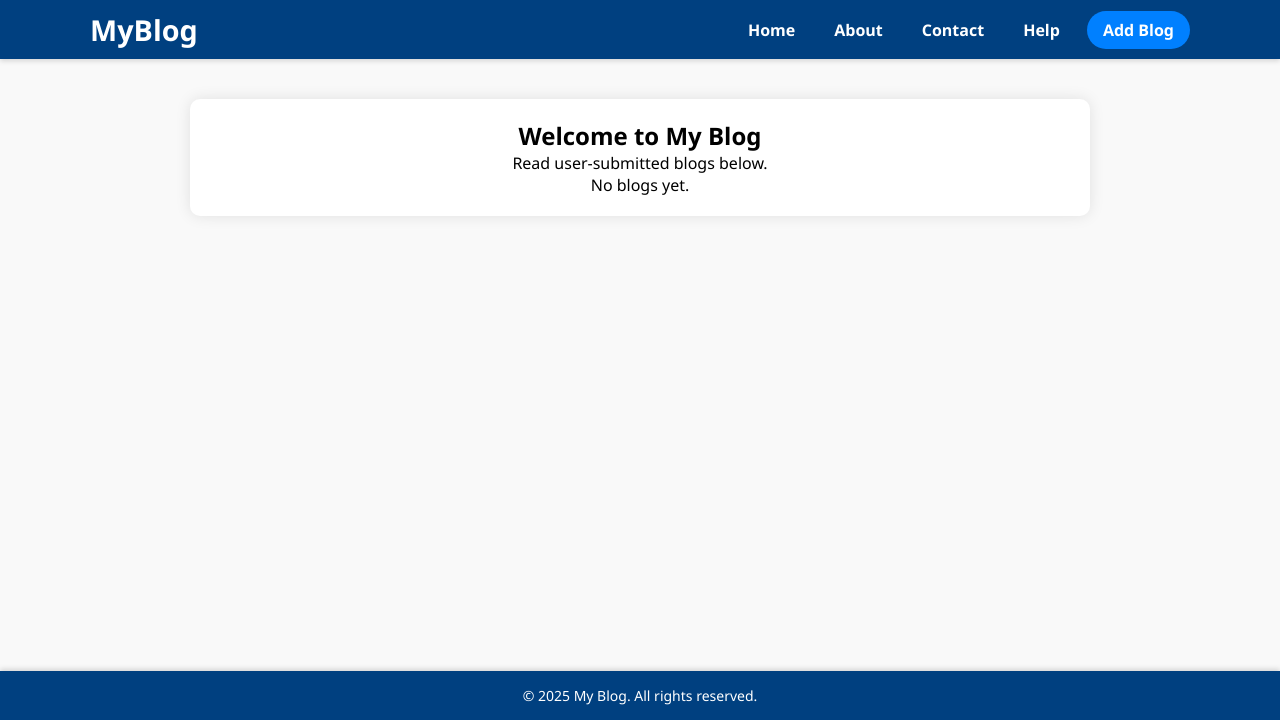
Repository: ankitg-02/FLASK
Page: http://localhost/
These files come from the project's save history. The page is drawn as it stood at one moment and after the next save; the edit follows.
The browser window is 1280 px wide. The pictures show the whole page.
The page is served by the project's application, run on Flask 3 (app.py).

Above is the page before, as saved 2025-05-19 15:12:32.

After the next save:
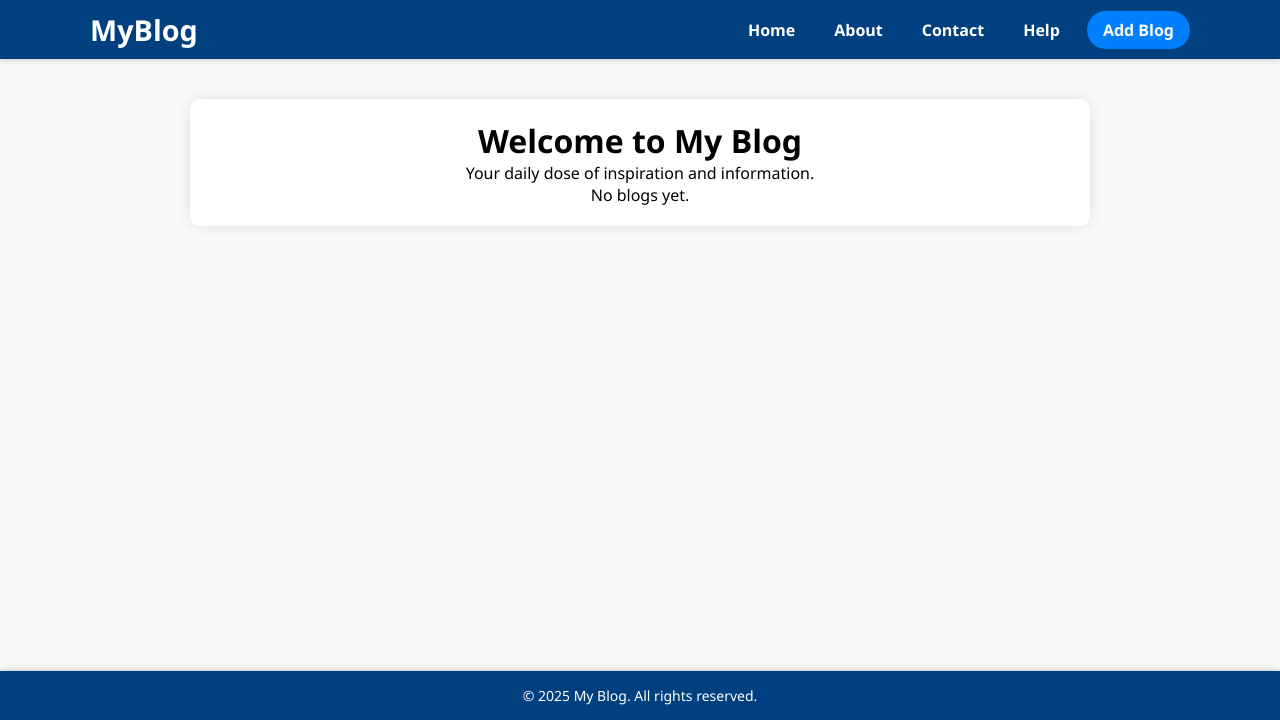
Saved 2 min 19 s later.
--- a/Project2/templates/index.html
+++ b/Project2/templates/index.html
@@ -1,7 +1,9 @@
 {% extends 'base.html' %} {% block title %}Home - My Blog{% endblock %} {% block
 content %}
-<h2>Welcome to My Blog</h2>
-<p>Read user-submitted blogs below.</p>
+<div class="page-content">
+  <h1>Welcome to My Blog</h1>
+  <p>Your daily dose of inspiration and information.</p>
+</div>
 
 {% for blog in blogs %}
 <div style="border: 1px solid #ccc; padding: 15px; margin-bottom: 15px">
